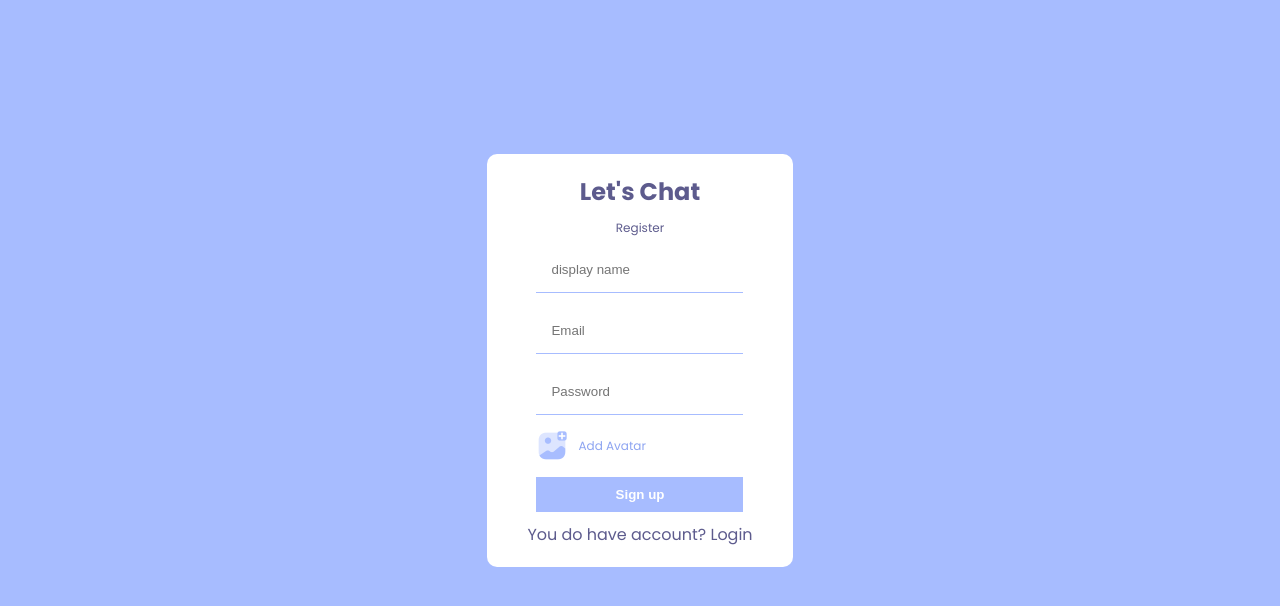
Repository: shikubro90/chatapp
Page: /
These files come from the project's save history. The page is drawn as it stood at one moment and after the next save; the edit follows.
The browser window is 1280 px wide. The pictures show the whole page.
The project was rebuilt for these pictures with package versions that can differ from the ones it lists, and the page was loaded fresh each time.

Above is the page before, as saved 2022-09-08 16:07:09.

After the next save:
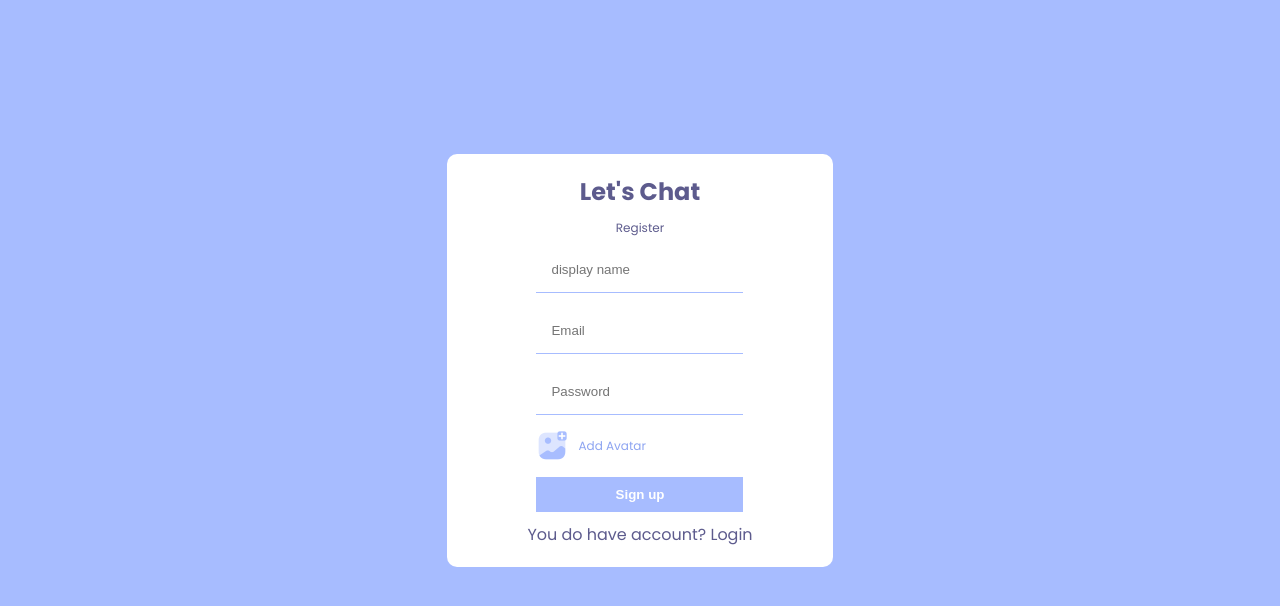
Saved 9 s later.
--- a/src/style.scss
+++ b/src/style.scss
@@ -8,7 +8,7 @@
     .formWrapper{
 
         background-color: white;
-        padding: 20px 40px;
+        padding: 20px 80px;
         border-radius: 10px;
         display: flex;
         flex-direction: column;
